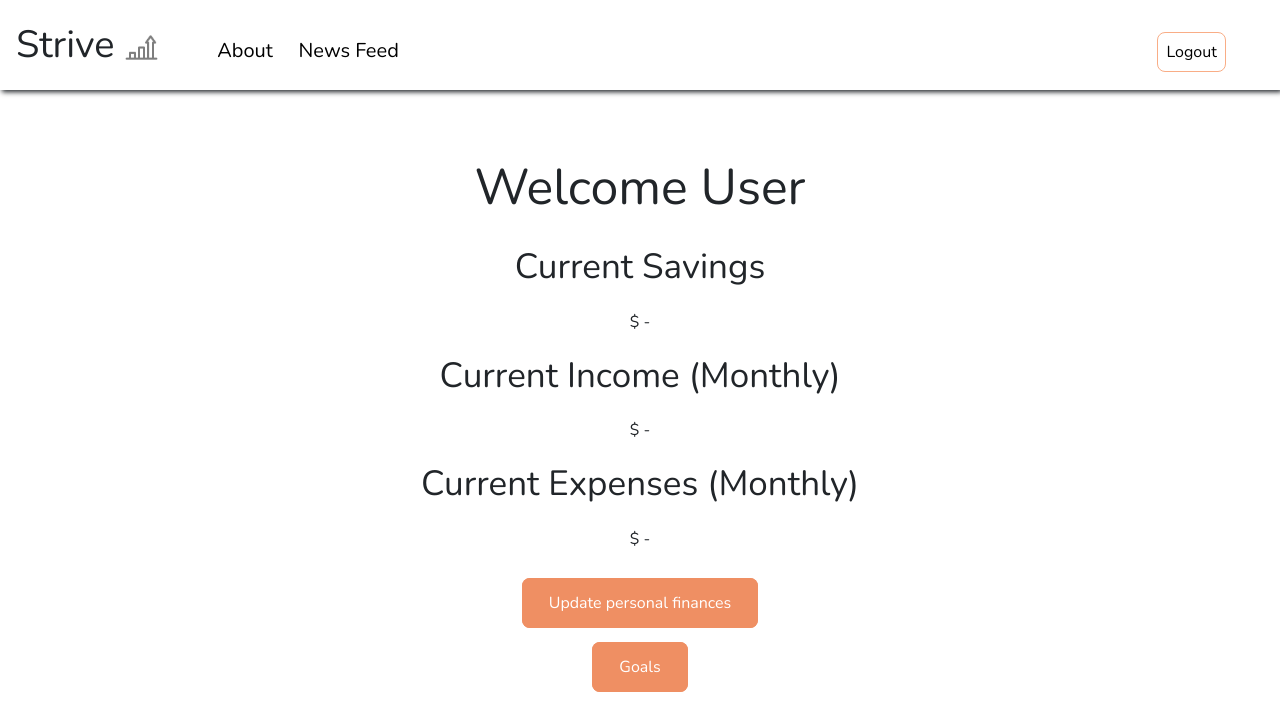
Repository: NoraOK/Strive
Page: http://localhost/strive/WEB-INF/strive/userHome.jsp
The author's editor kept a copy of each file at every save. The page is drawn from the files as they stood at one save, then again after the next save.
The browser window is 1280 px wide. The pictures show the whole page.
The page is served by Tomcat 9. Nobody is signed in. Other server files are loaded and not shown. The template is opened directly, without the code that normally fills it, so the values that code supplies are empty.

Above is the page before, as saved 2019-12-18 23:45:13.

### strive/src/main/webapp/WEB-INF/strive/userHome.jsp
<%@ page language="java" contentType="text/html; charset=UTF-8"
    pageEncoding="UTF-8"%>
<!DOCTYPE html>
<html>
<head>
<meta charset="UTF-8">
<title>Strive | Home</title>
	<link rel="stylesheet"
	href="https://stackpath.bootstrapcdn.com/bootstrap/4.3.1/css/bootstrap.min.css"
	integrity="sha384-ggOyR0iXCbMQv3Xipma34MD+dH/1fQ784/j6cY/iJTQUOhcWr7x9JvoRxT2MZw1T"
	crossorigin="anonymous">
	<link href="/css/userHome.css" rel="stylesheet" type="text/css" />
	<link href="https://fonts.googleapis.com/css?family=Nunito:200,400,700&display=swap" rel="stylesheet">
</head>
<body>
	<div>
		<jsp:include page="header.jsp"/>
	</div>
	<div class="body container col-7">
		<div class="info">
			<p class="welcome"> Welcome User</p>
			<p class="labels">Current Savings</p>
			<p>$ - </p>
			<p class="labels">Current Income (Monthly)</p>
			<p>$ - </p>
			<p class="labels">Current Expenses (Monthly)</p>
			<p>$ - </p>
		</div>
		<p class="one"><a href="/" class="button1">Update personal finances</a></p>
		<p class="two"><a href="/" class="button1">Goals</a></p>
	</div>
</body>
</html>

### strive/src/main/resources/static/css/userHome.css
.body{
	padding-top: 150px;
	font-family: 'Nunito', sans-serif;
	text-align:center;
}

.button1{
	border:2px solid #EF8F63 ;
	border-radius: 8px;
	background-color: #EF8F63;
	padding: 12px 25px;
	color: white;
	width: 300px;
}

.button1:hover{
	border:2px solid #F9AD86 ;
	border-radius: 8px;
	background-color: #F9AD86;
	padding: 12px 25px;
	color: white;
	width: 300px;

}
.one{
	margin-top: 40px;
}
.two{
	margin-top: 40px;
}

.welcome{
	font-weight: 200;
	font-size: 50px;
}

.labels{
	font-weight: 200;
	font-size: 35px;
}

.fig{
	font-size: 45px;
}

### strive/src/main/resources/static/css/header.css
header{
	box-shadow: 2px 2px 5px;
	height: 90px;
	z-index: 10;
    position: fixed;
    width: 100%;
    font-family:'Nunito', sans-serif;
    background-color: white;
}

.logo{
	font-size: 38px;

}
.header_img{
	background-color: white;
	width: 35px;
	opacity: .5;
}

.button{
	font-size: 17px;
	color: black;
}

.link {
	font-size: 20px;
	color: black;
}

a:link {
  text-decoration: none;
}

a:visited {
  text-decoration: none;
}

a:hover {
  text-decoration: none;
}

.logout_button{
	border: solid 1.5px #F9AD86;
	border-radius: 8px;
	padding:  8px;
	color: black;
}

.logout_button:hover {
	background-color: #F9AD86;
	color: white;
}

.buttons{
	margin-left: 60%;
}

.home_button{
	color: black;
}

Loaded but not shown: strive/src/main/webapp/WEB-INF/strive/header.jsp (common file)

After the next save:
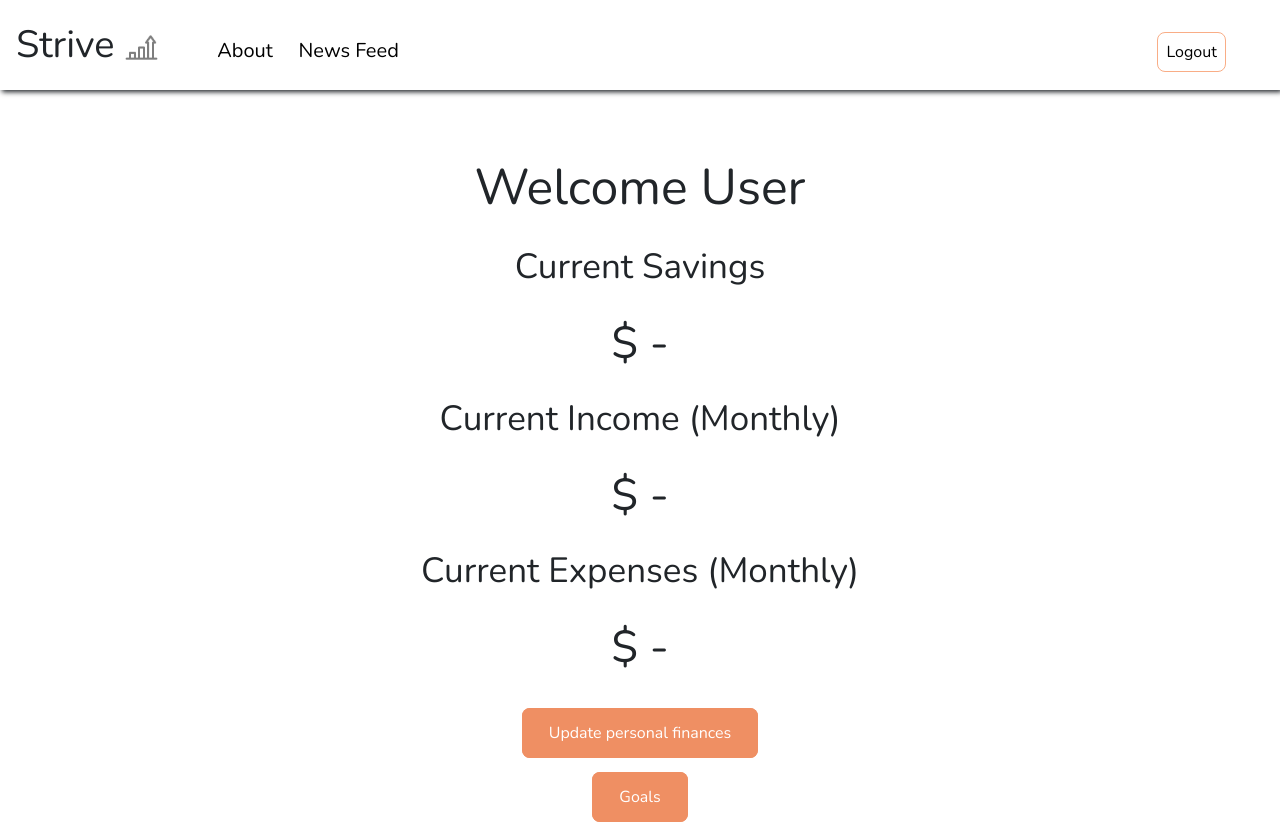
Saved 12 s later.
--- a/strive/src/main/webapp/WEB-INF/strive/userHome.jsp
+++ b/strive/src/main/webapp/WEB-INF/strive/userHome.jsp
@@ -20,11 +20,11 @@
 		<div class="info">
 			<p class="welcome"> Welcome User</p>
 			<p class="labels">Current Savings</p>
-			<p>$ - </p>
+			<p class="fig">$ - </p>
 			<p class="labels">Current Income (Monthly)</p>
-			<p>$ - </p>
+			<p class="fig">$ - </p>
 			<p class="labels">Current Expenses (Monthly)</p>
-			<p>$ - </p>
+			<p class="fig">$ - </p>
 		</div>
 		<p class="one"><a href="/" class="button1">Update personal finances</a></p>
 		<p class="two"><a href="/" class="button1">Goals</a></p>
